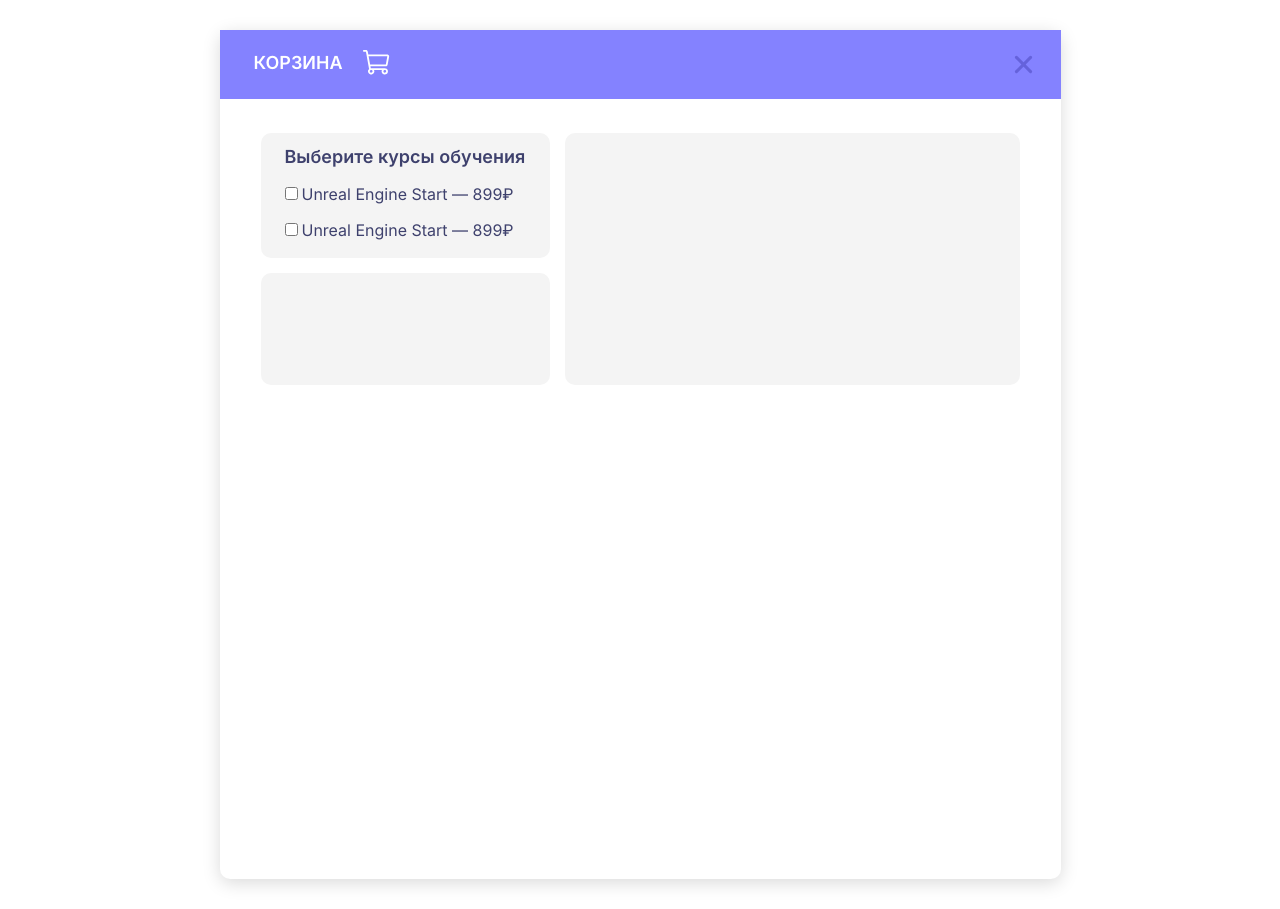
Repository: bek77g/unreal.academy
Page: basket.html
These files come from the project's save history. The page is drawn as it stood at one moment and after the next save; the edit follows.
The browser window is 1280 px wide. The pictures show the whole page.
The style sheet was rebuilt from its Sass, Less or Tailwind sources for each picture, by a compiler version that may differ from the author's.

Above is the page before, as saved 2021-05-05 16:49:09.

After the next save:
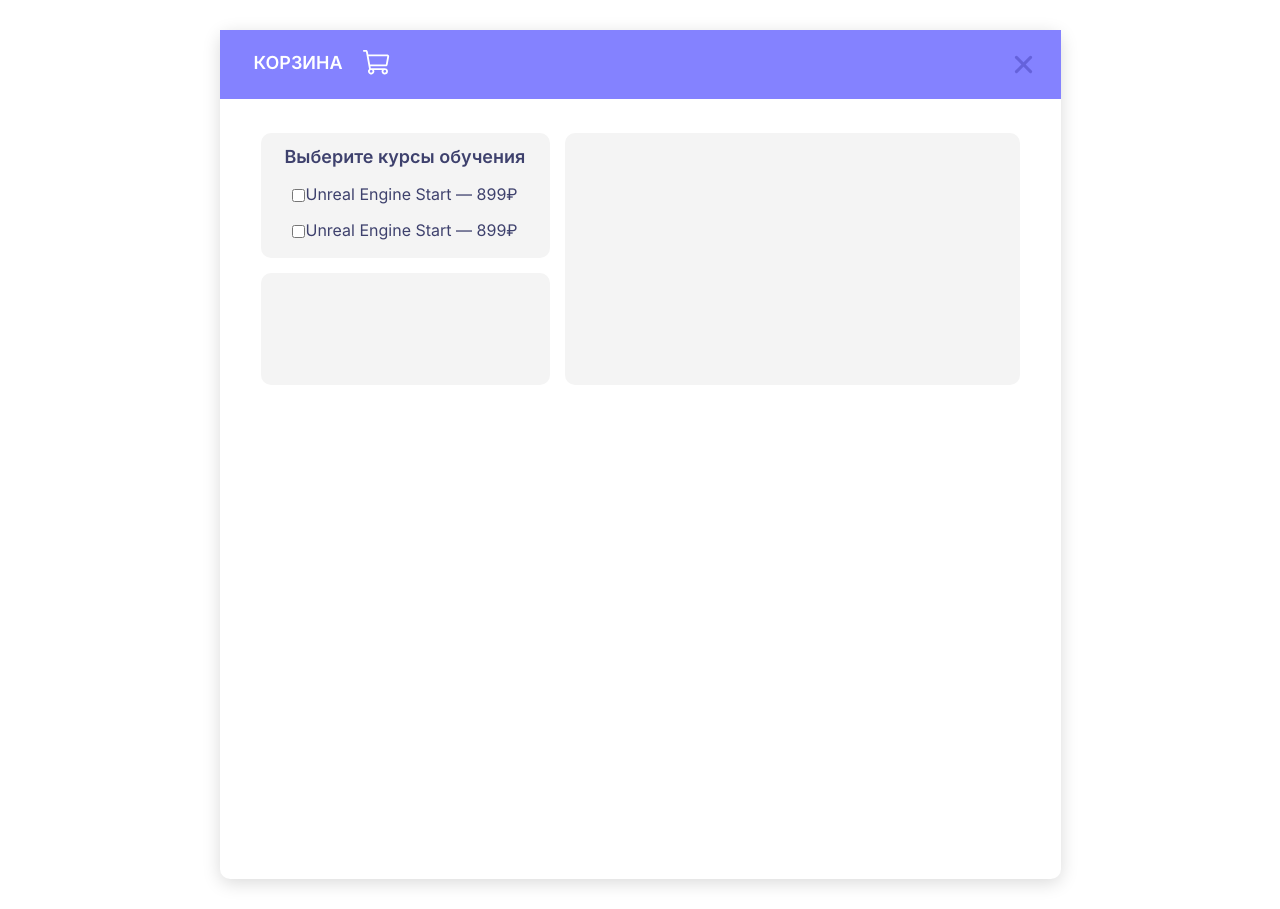
Saved 79 s later.
--- a/src/scss/style.scss
+++ b/src/scss/style.scss
@@ -56,6 +56,11 @@ ul {
     transform: rotate(-45deg);
   }
 }
+.checkbox {
+  display: flex;
+  justify-content: center;
+  align-items: center;
+}
 
 @import "header";
 @import "home";
